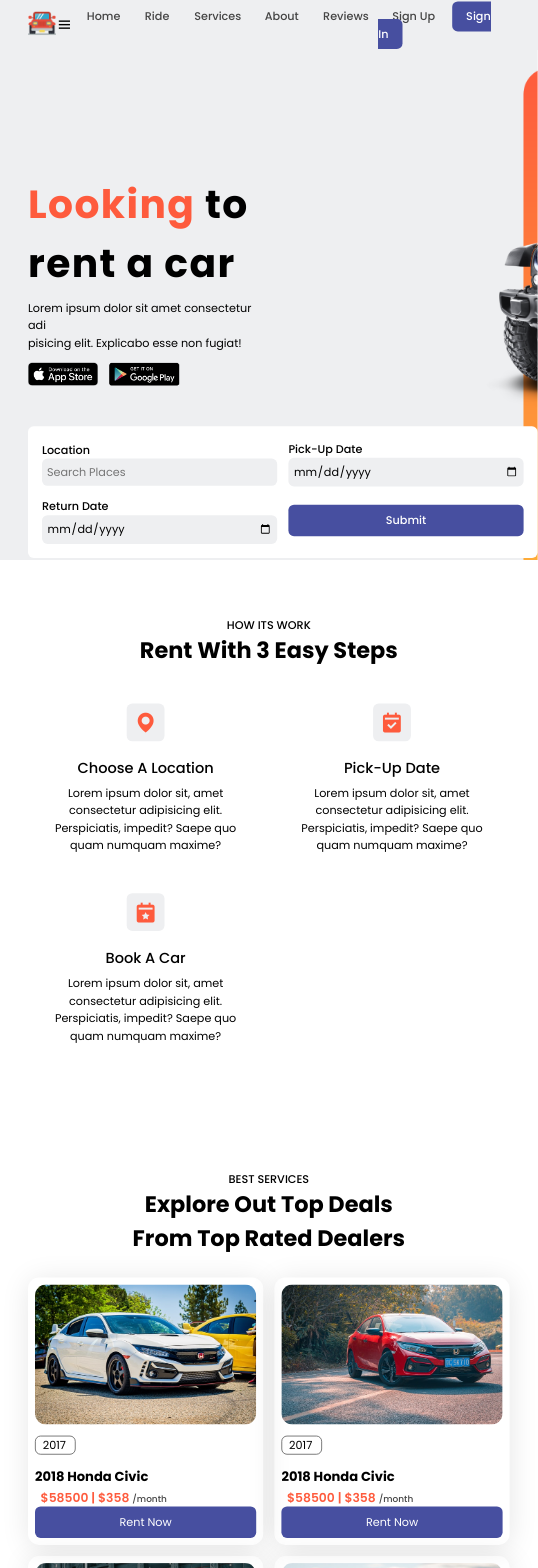
Repository: douglasabnovato/car-rental
Page: index.html
These files come from the project's save history. The page is drawn as it stood at one moment and after the next save; the edit follows.
The browser window is 768 px wide. The pictures show the part of the page from y = 0 to 2240 px (the page is 4778 px tall), at 70% of full size.

Above is the page before, as saved 2025-05-16 21:32:50.

After the next save:
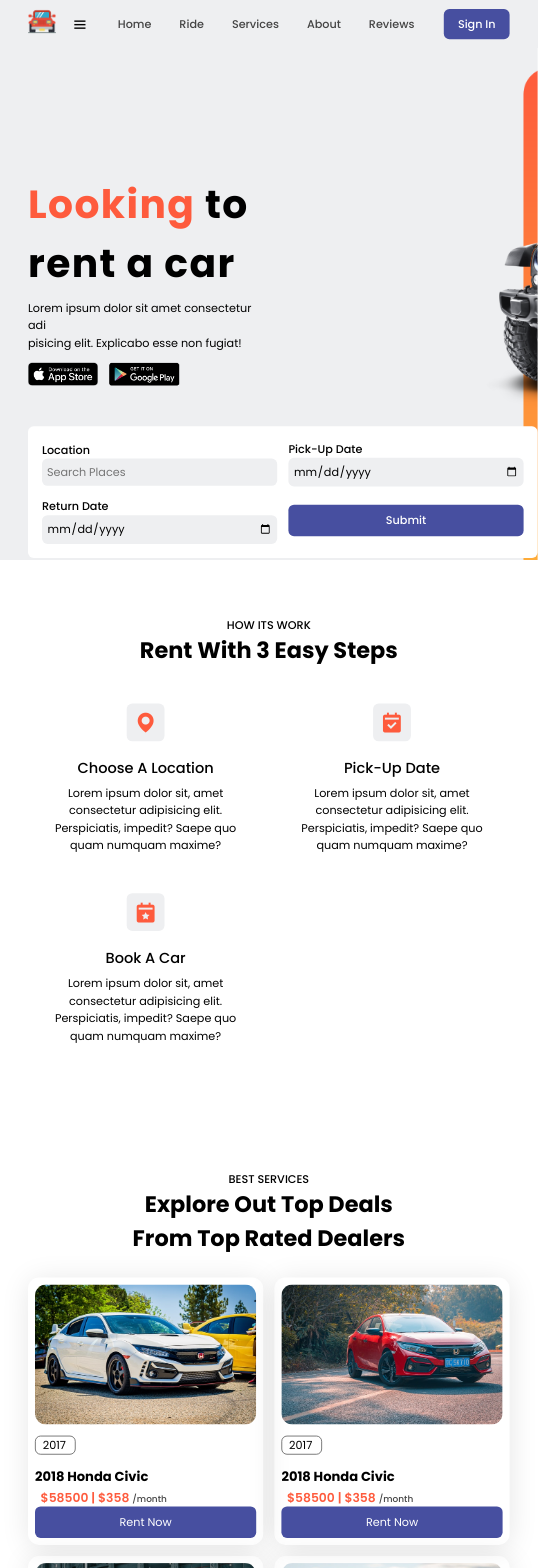
Saved 50 s later.
--- a/style.css
+++ b/style.css
@@ -460,7 +460,12 @@ header {
     header {
         padding: 11px 40px;
     }
+
     #menu-icon {
         display: initial;
     }
-}
+
+    .sign-up{
+        display: none;
+    }
+}
